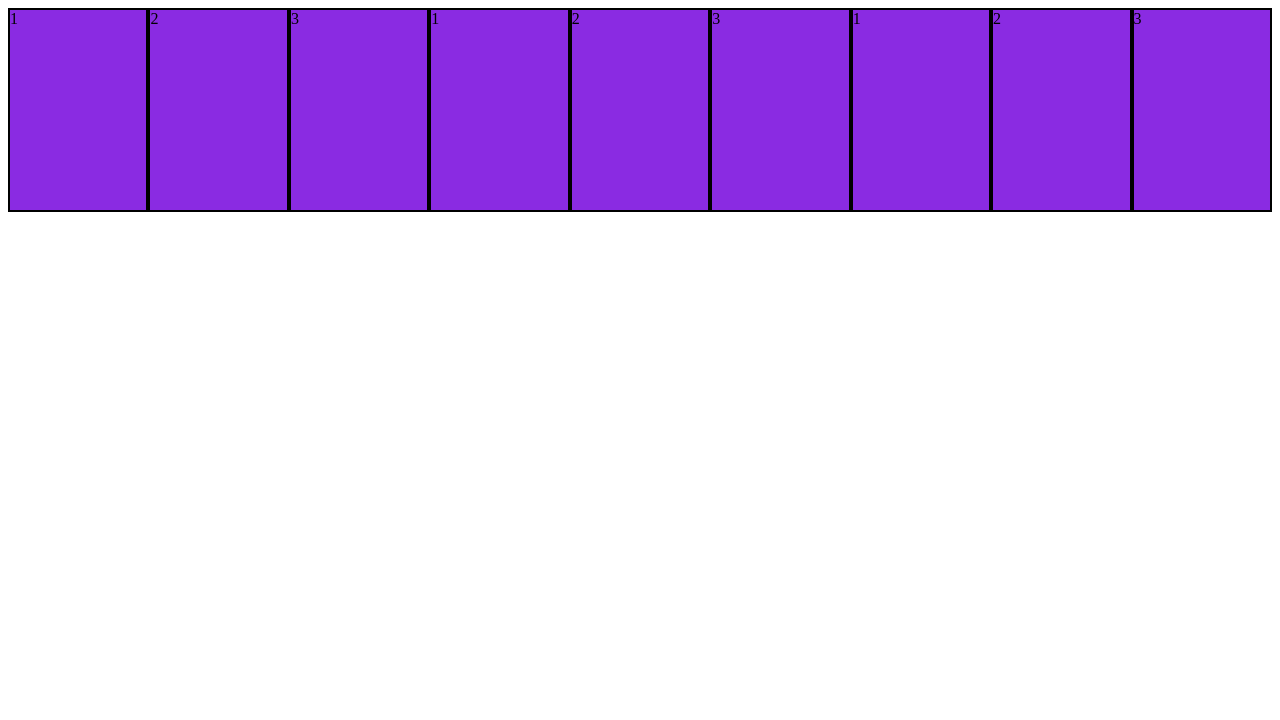
Repository: imokha01/Flexbox-and-Position-Example
Page: index.html
These files come from the project's save history. The page is drawn as it stood at one moment and after the next save; the edit follows.
The browser window is 1280 px wide. The pictures show the whole page.

Above is the page before, as saved 2023-11-21 15:09:04.

### index.html
<!DOCTYPE html>
<html lang="en">
<head>
    <meta charset="UTF-8">
    <meta name="viewport" content="width=device-width, initial-scale=1.0">
    <title>Document</title>
    <link rel="stylesheet" href="./index.css">
</head>
<body>
    <div class="flex">
        <div class="first">1</div>
        <div class="second">2</div>
        <div class="third">3</div>
        <div class="first">1</div>
        <div class="second">2</div>
        <div class="third">3</div>
        <div class="first">1</div>
        <div class="second">2</div>
        <div class="third">3</div>
    </div>
</body>
</html>

### index.css
.flex {
    display: flex;
    background-color: aqua;
    flex-direction: row;
    justify-content: space-evenly;
    height: 30;

}


.flex div {
    width: 200px;
    height: 200px;
    background-color: blueviolet;
    border: 2px solid black;
    /* gap: 20px; */
    flex-wrap: wrap;

}

After the next save:
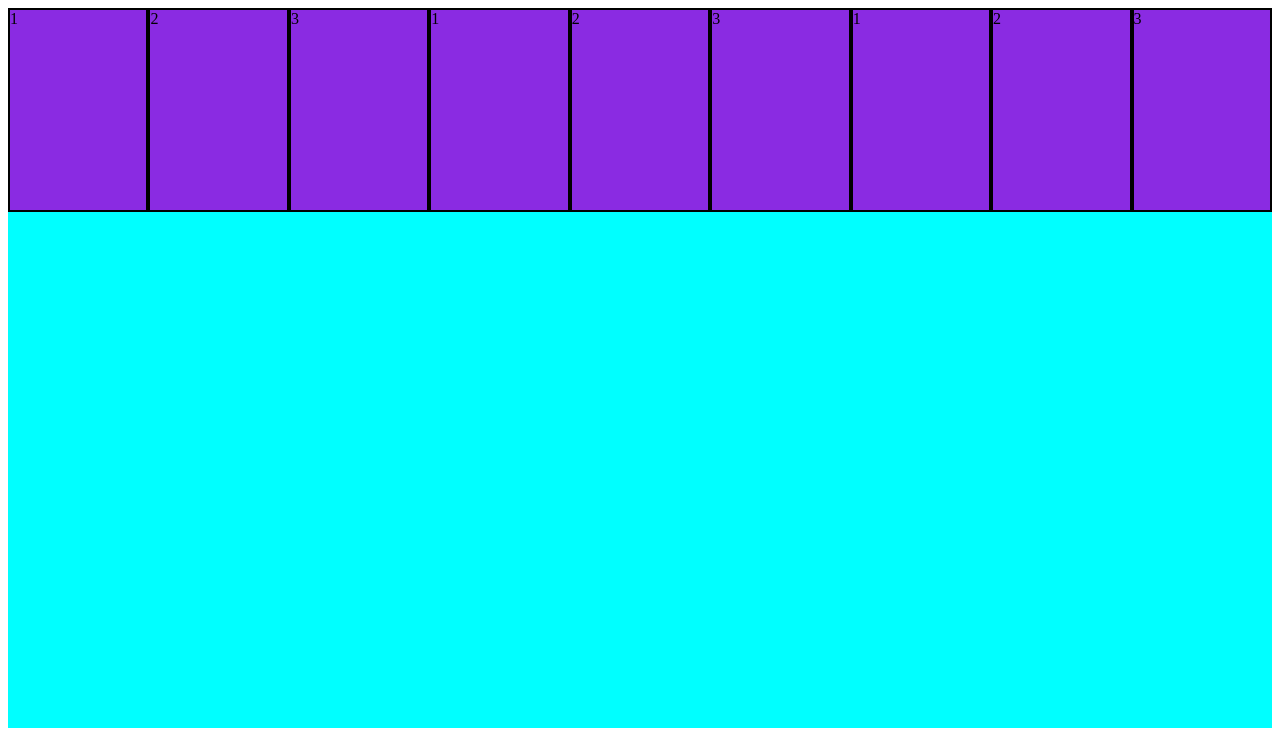
Saved 5 s later.
--- a/index.css
+++ b/index.css
@@ -3,7 +3,7 @@
     background-color: aqua;
     flex-direction: row;
     justify-content: space-evenly;
-    height: 30;
+    height: 100vh;
 
 }
 
